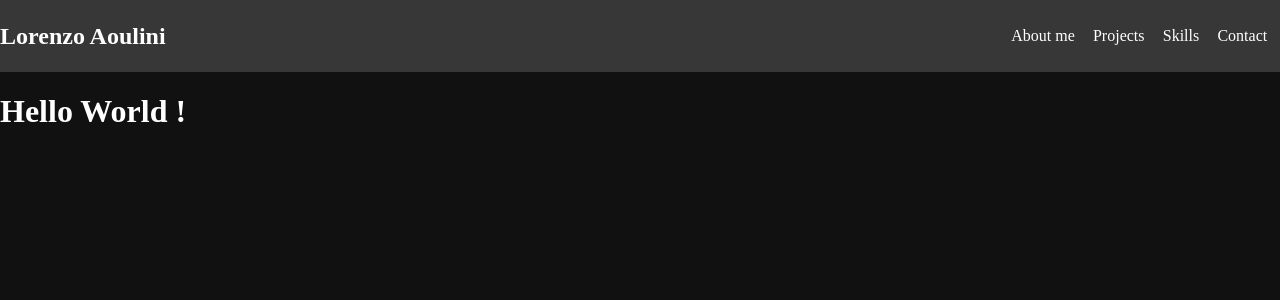
Repository: lolo298/lolo298.github.io
Page: index.html
An editor plug-in stored every save of this project. The page is shown before and after the next save, followed by the edit.
The browser window is 1280 px wide. The pictures show the whole page.

Above is the page before, as saved 2022-05-09 17:04:15.

### index.html
<!DOCTYPE html>
<html lang="en">

<head>
    <meta charset="UTF-8">
    <meta http-equiv="X-UA-Compatible" content="IE=edge">
    <meta name="viewport" content="width=device-width, initial-scale=1.0">
    <link rel="stylesheet" href="css/style.css">
    <title>Portfolio</title>
</head>

<body>
    <div class="main-container">
        <nav class="main-navbar">
            <h1>Lorenzo Aoulini</h1>
            <ul class="main-navbar-list">
                <li class="main-navbar-item">
                    <a href="#">About me</a>
                </li>
                <li class="main-navbar-item">
                    <a href="#">Projects</a>
                </li>
                <li class="main-navbar-item">
                    <a href="#">Skills</a>
                </li>
                <li class="main-navbar-item">
                    <a href="#">Contact</a>
                </li>
        </nav>
        <h1>Hello World !</h1>

    </div>

</body>

</html>

### css/style.css
html {
    background-color: #111111;
}

body {
    padding: 0;
    margin: 0;
}

.main-container {
    color: white;
    height: 100vh;
    width: 100vw;
}

.main-navbar {
    background-color: #373737;
    height: 10%;
    display: flex;
    justify-content: space-between;
    align-items: center;
}

.main-navbar>* {
    margin: 0;
}

.main-navbar-list {
    width: 20%;
    display: flex;
    flex-direction: row;
    align-items: center;
    list-style: none;
    justify-content: space-between;
    margin-right: 1%;
    height: 100%;
}

.main-navbar-item {
    height: 100%;
    display: flex;
    justify-content: center;
    align-items: center;
}

.main-navbar-item>a {
    vertical-align: middle;
    text-decoration: none;
    color: white;
    padding-top: 15%;
    padding-bottom: 16%;
}

.main-navbar-item>a:hover {
    background-color: #6A6A6A;
}

After the next save:
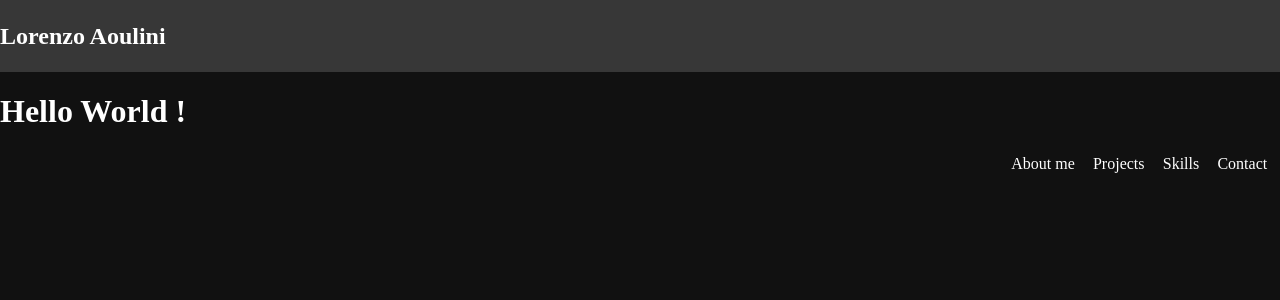
Saved 44 s later.
--- a/css/style.css
+++ b/css/style.css
@@ -41,14 +41,13 @@ body {
     display: flex;
     justify-content: center;
     align-items: center;
+    padding-top: 100%;
 }
 
 .main-navbar-item>a {
     vertical-align: middle;
     text-decoration: none;
     color: white;
-    padding-top: 15%;
-    padding-bottom: 16%;
 }
 
 .main-navbar-item>a:hover {

After the save that followed:
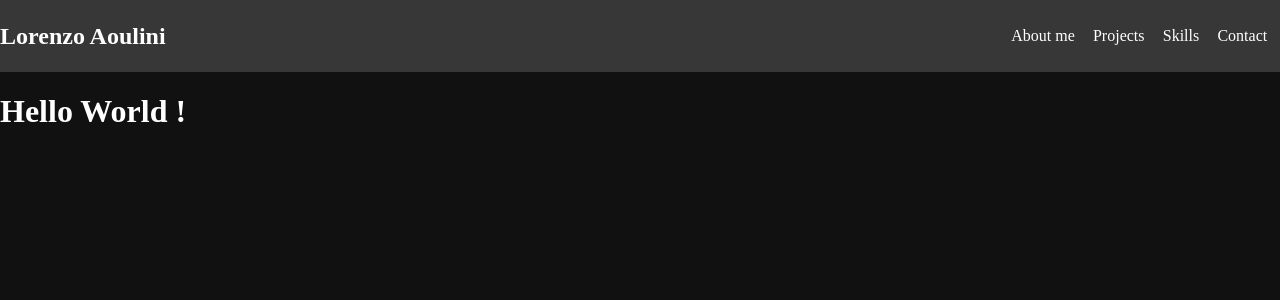
Saved 17 s later.
--- a/css/style.css
+++ b/css/style.css
@@ -41,7 +41,6 @@ body {
     display: flex;
     justify-content: center;
     align-items: center;
-    padding-top: 100%;
 }
 
 .main-navbar-item>a {
